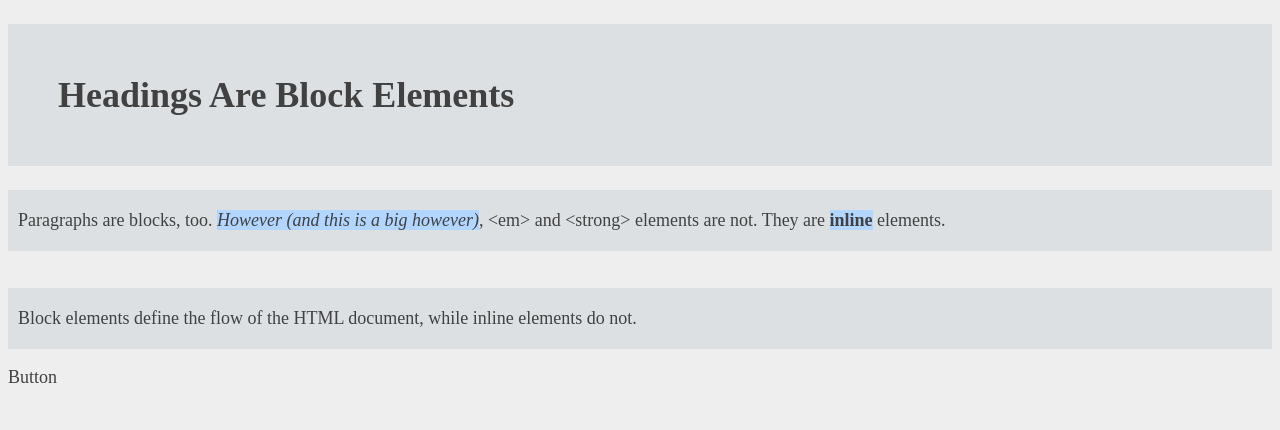
Repository: devinsheldon/CS-260
Page: CS260-F2022/environment/public_html/css-box-model/boxes.html
The author's editor kept a record of every edit. The page is drawn from the files as they stood at one moment, then again after the next edit.
The browser window is 1280 px wide. The pictures show the whole page.

Above is the page before.

After the next edit:
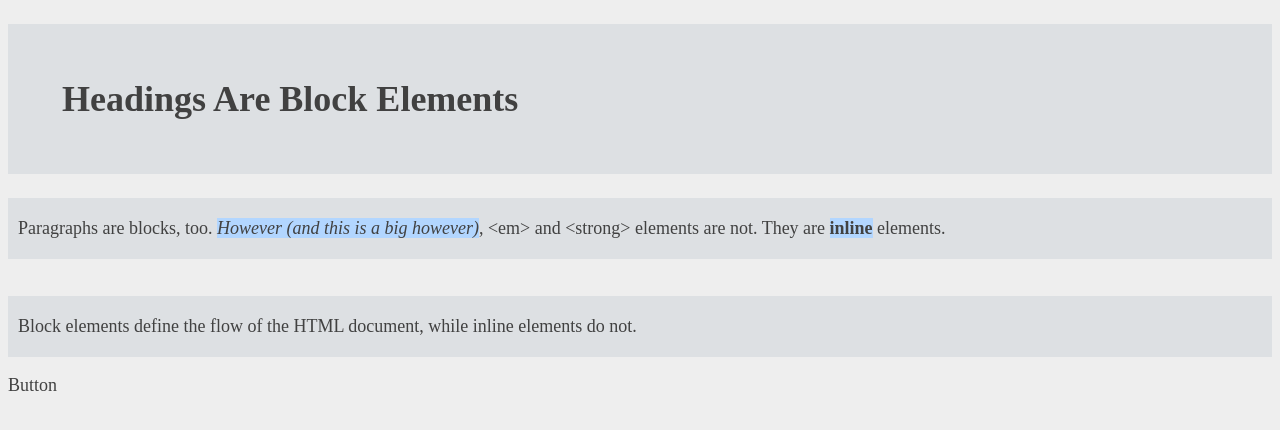
The edit:
--- a/CS260-F2022/environment/public_html/css-box-model/box-styles.css
+++ b/CS260-F2022/environment/public_html/css-box-model/box-styles.css
@@ -9,7 +9,7 @@
 }
 
 h1 {
-    padding: 50px;
+    padding: 1.5em;
 }
 
 p {
